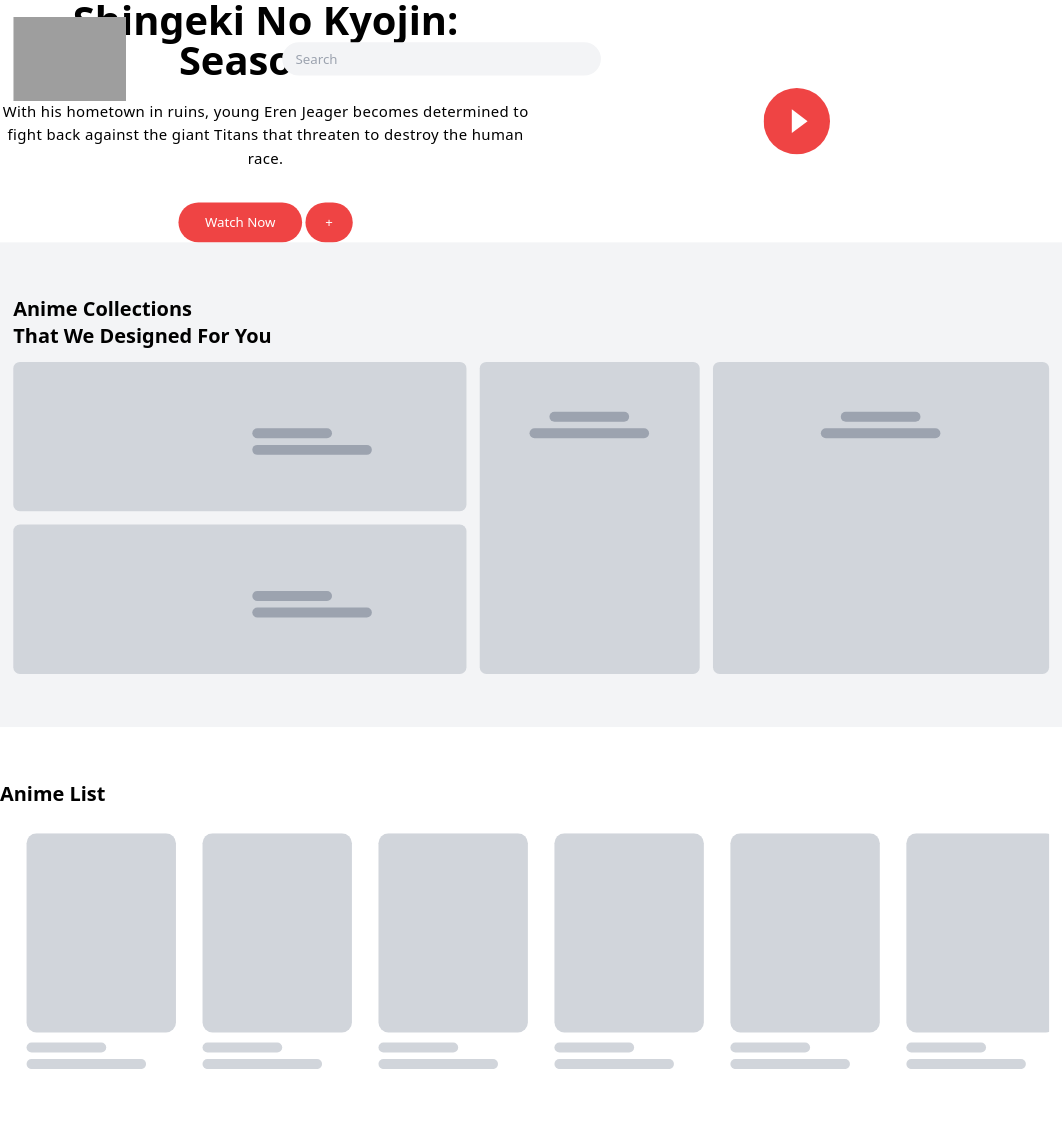
Repository: farrelmuhammad/anime-collections
Page: /
The author's editor kept a copy of each file at every save. The page is drawn from the files as they stood at one save, then again after the next save.
The browser window is 1280 px wide. The pictures show the whole page, at 83% of full size.
Pictures or frames that could not be fetched are drawn as grey boxes. The page's requests for data from a server got no answer. The project was rebuilt for these pictures with package versions that can differ from the ones it lists, and the page was loaded fresh each time. No one was signed in, and anything a server would have sent is missing. Also part of the build but not shown: src/App.css.

Above is the page before, as saved 2023-08-06 01:50:33.

### src/index.tsx
import React from 'react';
import ReactDOM from 'react-dom/client';
import "./assets/css/app.css";
import App from './App';
import reportWebVitals from './reportWebVitals';
import { BrowserRouter } from 'react-router-dom';
import { ApolloProvider } from '@apollo/client';
import client from './services/apollo-client'; // Assuming your apollo-client.ts is in the 'services' folder

const root = ReactDOM.createRoot(
  document.getElementById('root') as HTMLElement
);
root.render(
  <ApolloProvider client={client}>
    <React.StrictMode>
      <BrowserRouter>
        <App />
      </BrowserRouter>
    </React.StrictMode>
  </ApolloProvider>,
);

// If you want to start measuring performance in your app, pass a function
// to log results (for example: reportWebVitals(console.log))
// or send to an analytics endpoint. Learn more: https://bit.ly/CRA-vitals
reportWebVitals();

### src/assets/css/app.css
@import url("https://fonts.googleapis.com/css2?family=Open+Sans:wght@300;400;600&display=swap");
@tailwind base;
@tailwind components;
@tailwind utilities;

/* body {
  background-color: #16181f;
} */

/* utils */

.grid {
  grid-auto-flow: row dense;
  grid-auto-rows: minmax(180px, auto);
}

.stretched-link {
  @apply absolute inset-0 z-10;
}

/* card */

.card .card-shadow {
  @apply transition duration-300 shadow-none h-full;
}

.card:hover .card-shadow {
  @apply shadow-lg;
}

/* overlay */

.overlay {
  @apply absolute;
}

.overlay * {
  @apply transition-all duration-200;
}

.overlay.hoverable > * {
  @apply opacity-0;
}

.overlay.hoverable:hover > * {
  @apply opacity-100;
}

.overlay .video {
  @apply absolute transform bg-red-500 bg-no-repeat bg-center w-20 h-20 rounded-full items-center justify-center flex -translate-x-1/2 -translate-y-1/2;
  content: '';
  top: 50%;
  left: 50%;
  transform: translate(-50%, -50%);
  background-image: url("data:[embedded picture, 193 characters]");
}


@media only screen and (max-width: 768px) {
  .hero .hero-image,
  .hero .hero-caption {
    min-height: 90vh;
  }
  .hero .hero-cta {
    @apply w-12 h-12;
    transform: translateX(-75px) translateY(-50%);
    background-size: 37.5%;
  }
}

/* breadcrumb */

ul.breadcrumb {
  @apply flex flex-row items-center text-lg;
}

ul.breadcrumb li:not(:last-child):after {
  content: "/";
  @apply px-4;
}

ul.breadcrumb li:not(:last-child) a {
  @apply font-light;
}

ul.breadcrumb li:last-child a {
  @apply font-semibold;
}

/* slider */

.slider {
  @apply flex my-4 flex-col;
}

.slider .thumbnail {
  @apply w-screen order-last -mx-2 overflow-auto flex pl-4;
}

.slider .thumbnail .item {
  @apply rounded relative rounded-lg mb-4 cursor-pointer;
  width: 106px;
  height: 106px;
}

.slider .thumbnail .item:after {
  content: "";
  @apply transition duration-200 absolute inset-0 bg-black bg-opacity-0 border-2 border-black border-opacity-0 rounded-lg;
}

.slider .thumbnail .item.selected:after {
  content: "";
  @apply bg-opacity-25 border-opacity-100;
}

.slider .preview {
  @apply mb-4 px-4;
  height: 320px;
}

@media only screen and (min-width: 768px) {
  .slider {
    @apply flex-row;
  }
  .slider .thumbnail {
    @apply w-auto order-first block overflow-visible pl-0;
  }
  .slider .preview {
    height: 600px;
    width: 560px;
  }
}

a.cart svg g circle.dot {
  @apply hidden;
}

a.cart.cart-filled svg g circle.dot {
  @apply block;
}

button[disabled] {
  @apply bg-gray-300 hover:bg-gray-300 text-gray-400 hover:text-gray-400 cursor-not-allowed;
}

section:not(.bg-gray-100) + section.sitemap > div {
  @apply border-t;
}

### src/App.tsx
import React from 'react';
import logo from './logo.svg';
import './App.css';
import { Routes, Route } from 'react-router-dom';
import Home from './pages/Home';

function App() {
  return (
    <>
      <Routes>
        <Route path="/" element={<Home />} />
      </Routes>
    </>
  );
}

export default App;

### src/services/apollo-client.ts
import { ApolloClient, InMemoryCache } from '@apollo/client';

const client = new ApolloClient({
    uri: 'https://graphql.anilist.co', // AniList GraphQL API endpoint
    cache: new InMemoryCache(),
});

export default client;

### src/pages/Home.tsx
import React from 'react'
import Header from '../parts/Header'
import Hero from '../parts/Home/Hero'
import Categories from '../parts/Home/Categories'
import AnimeList from '../parts/Home/AnimeList'

const Home = () => {
    return (
        <>
            <Header theme="white" position="absolute" />
            <Hero />
            <Categories />
            <AnimeList />
        </>
    )
}

export default Home

### src/parts/Header.tsx
import React, { useState } from 'react'
import { Link } from "react-router-dom";

interface HeaderProps {
    theme: string; // Change the type to the appropriate one based on your usage
    position: string; // Change the type to the appropriate one based on your usage
}

const Header: React.FC<HeaderProps> = ({ theme, position }) => {
    const [toggleMainMenu, setToggleMainMenu] = useState<boolean>(false);
    return (
        <>
            <header className={[position, "w-full z-40 px-4"].join(" ")}>
                <div className="container mx-auto py-5">
                    <div className="flex flex-stretch items-center">
                        <div className="w-56 items-center flex">
                            <Link to="/">
                                <img
                                    // src={Logo}
                                    src="https://tv.idlixprime.com/wp-content/uploads/2020/07/logov4.png"
                                    alt="IDLIX"
                                />
                            </Link>
                        </div>
                        <div className="w-full flex items-center justify-center">
                            <input
                                type="text"
                                placeholder="Search"
                                className="w-full md:w-96 py-2 px-4 rounded-full bg-gray-100 focus:outline-none"
                            />
                        </div>
                        <div className="w-auto">
                            <ul
                                className={["fixed bg-white inset-0 flex flex-col items-center justify-center opacity-0 md:visible md:flex-row md:bg-transparent md:relative md:opacity-100 md:flex md:items-center", toggleMainMenu ? "opacity-100 z-30 visible" : "invisible opacity-0"].join(" ")}
                                id="menu"
                            >
                                <li className="mx-3 py-6 md:py-0">
                                    <Link
                                        to="/showcase"
                                        className={[
                                            "hover:underline",
                                            theme === "white"
                                                ? "text-black md:text-white"
                                                : "text-black md:text-black ",
                                        ].join(" ")}
                                    >
                                        Showcase
                                    </Link>
                                </li>
                                <li className="mx-3 py-6 md:py-0">
                                    <Link
                                        to="/catalog"
                                        className={[
                                            "hover:underline",
                                            theme === "white"
                                                ? "text-black md:text-white"
                                                : "text-black md:text-black ",
                                        ].join(" ")}
                                    >
                                        Catalog
                                    </Link>
                                </li>
                                <li className="mx-3 py-6 md:py-0">
                                    <Link
                                        to="/delivery"
                                        className={[
                                            "hover:underline",
                                            theme === "white"
                                                ? "text-black md:text-white"
                                                : "text-black md:text-black ",
                                        ].join(" ")}
                                    >
                                        Delivery
                                    </Link>
                                </li>
                                <li className="mx-3 py-6 md:py-0">
                                    <Link
                                        to="/rewards"
                                        className={[
                                            "hover:underline",
                                            theme === "white"
                                                ? "text-black md:text-white"
                                                : "text-black md:text-black ",
                                        ].join(" ")}
                                    >
                                        Rewards
                                    </Link>
                                </li>
                            </ul>
                        </div>
                        <div className="w-auto">
                            <ul className="items-center flex">
                                <li className="ml-6 block md:hidden">
                                    <button
                                        className={["flex z-50 items-center justify-center w-8 h-8 text-black md:text-white focus:outline-none",
                                            toggleMainMenu ? "fixed top-0 right-0" : "relative",
                                            theme === "white"
                                                ? "text-black md:text-white"
                                                : "text-black md:text-black "].join(" ")}
                                        onClick={() => setToggleMainMenu(prev => !prev)}
                                    >
                                        <svg
                                            className="fill-current"
                                            width="18"
                                            height="17"
                                            viewBox="0 0 18 17"
                                        >
                                            <path d="M15.9773 0.461304H1.04219C0.466585 0.461304 0 0.790267 0 1.19609C0 1.60192 0.466668 1.93088 1.04219 1.93088H15.9773C16.5529 1.93088 17.0195 1.60192 17.0195 1.19609C17.0195 0.790208 16.5529 0.461304 15.9773 0.461304Z" />
                                            <path d="M15.9773 7.68802H1.04219C0.466585 7.68802 0 8.01698 0 8.42281C0 8.82864 0.466668 9.1576 1.04219 9.1576H15.9773C16.5529 9.1576 17.0195 8.82864 17.0195 8.42281C17.0195 8.01692 16.5529 7.68802 15.9773 7.68802Z" />
                                            <path d="M15.9773 14.9147H1.04219C0.466585 14.9147 0 15.2437 0 15.6495C0 16.0553 0.466668 16.3843 1.04219 16.3843H15.9773C16.5529 16.3843 17.0195 16.0553 17.0195 15.6495C17.0195 15.2436 16.5529 14.9147 15.9773 14.9147Z" />
                                        </svg>
                                    </button>
                                </li>
                                {/* <li className="ml-6">
                                    <Link
                                        className={["cart flex items-center justify-center w-8 h-8", theme === "white" ? "text-black md:text-white" : "text-white md:text-black", state.cart && Object.keys(state.cart).length > 0 ? "cart-filled" : "", isCartChanged ? "animate-bounce" : ""
                                        ].join(" ")}
                                        to="/cart"
                                    >
                                        <IconCart />
                                    </Link>
                                </li> */}
                            </ul>
                        </div>
                    </div>
                </div>
            </header>
        </>
    )
}

export default Header

### src/parts/Home/Hero.tsx
import React, { useState, useEffect } from "react";
import axios from "axios";

const Hero: React.FC = () => {
    const [randomImage, setRandomImage] = useState<string | null>(null);

    useEffect(() => {
        fetchRandomAnimeImage();
    }, []);

    const fetchRandomAnimeImage = async () => {
        try {
            const response = await axios.get("https://picsum.photos/800/600");
            console.log(response.request.responseURL);
            setRandomImage(response.request.responseURL);
        } catch (error) {
            console.error("Error fetching random image:", error);
        }
    };

    return (
        <section className="flex items-center hero">
            <div className="w-full absolute z-20 inset-0 md:relative md:w-1/2 text-center flex flex-col justify-center hero-caption">
                <h1 className="text-3xl md:text-5xl leading-tight font-semibold">
                    Shingeki No Kyojin: <br className="" />
                    Season 4
                </h1>
                <h2 className="px-8 text-base md:px-0 md:text-lg my-6 tracking-wide">
                    With his hometown in ruins, young Eren Jeager becomes determined to fight back against the giant Titans that threaten to destroy the human race.
                </h2>

                <div>
                    <a
                        href="#browse-the-room"
                        className="bg-red-500 text-white hover:bg-black hover:text-red-400 rounded-full px-8 py-3 mt-4 mr-1 inline-block flex-none transition duration-200"
                    >
                        Watch Now
                    </a>
                    <a
                        href="#browse-the-room"
                        className="bg-red-500 text-white hover:bg-black hover:text-red-400 rounded-full px-6 py-3 mt-4 inline-block flex-none transition duration-200"
                        title="Watch List"
                    >
                        +
                    </a>

                </div>
            </div>
            <div className="w-full inset-0 md:relative md:w-1/2">
                <div className="relative hero-image">
                    <div className="overlay inset-0 bg-black opacity-35 z-10"></div>
                    <div className="overlay right-0 bottom-0 md:inset-0">
                        <button
                            className="video hero-cta focus:outline-none z-30 modal-trigger"
                            data-content='<div class="w-screen pb-56 md:w-88 md:pb-56 relative z-50">
              <div class="absolute w-full h-full">
                <iframe
                  width="100%"
                  height="100%"
                  src="https://www.youtube.com/embed/3h0_v1cdUIA"
                  frameborder="0"
                  allow="accelerometer; autoplay; clipboard-write; encrypted-media; gyroscope; picture-in-picture"
                  allowfullscreen
                ></iframe>
              </div>
            </div>'
                        ></button>
                    </div>
                    {randomImage && ( // Add this condition to render the image only when randomImage is not null
                        <img
                            src={randomImage}
                            alt="hero 1"
                            className="absolute inset-0 md:relative w-full h-full object-cover object-center"
                        />
                    )}
                </div>
            </div>
        </section>
    );
};

export default Hero;

### src/parts/Home/Categories.tsx
import React, { useEffect } from "react";
// import useAsync from "../../helpers/hooks/useAsync";
import fetch from "../../helpers/fetch";

interface Category {
    id: number;
    title: string;
    imageUrl: string;
    products: number;
    ratio: {
        default: string;
        md: string;
    };
}

interface CategoriesProps { }

function Loading({ ratio }: { ratio: any }) {
    const dummy = [
        {
            id: 1,
            ratio: {
                default: "1/9",
                md: "1/4",
            },
        },
        {
            id: 2,
            ratio: {
                default: "1/9",
                md: "2/2",
            },
        },
        {
            id: 3,
            ratio: {
                default: "1/9",
                md: "2/3",
            },
        },
        {
            id: 4,
            ratio: {
                default: "1/9",
                md: "1/4",
            },
        },
    ];

    return (
        <>
            {dummy.map((item, index) => (
                <div
                    key={item.id}
                    className={`relative card ${ratio?.wrapper.default?.[item.ratio.default]
                        } ${ratio?.wrapper.md?.[item.ratio.md]}`}
                    style={{ height: index === 0 ? 180 : "auto" }}
                >
                    <div className="bg-gray-300 rounded-lg w-full h-full">
                        <div className={`overlay  ${ratio?.meta?.[item.ratio.md]}`}>
                            <div className="w-24 h-3 bg-gray-400 mt-3 rounded-full"></div>
                            <div className="w-36 h-3 bg-gray-400 mt-2 rounded-full"></div>
                        </div>
                    </div>
                </div>
            ))}
        </>
    );
}

const Categories: React.FC<CategoriesProps> = () => {
    // const { data, status, error, run, isLoading } = useAsync<{ data: Category[] }>();

    // useEffect(() => {
    //     run(
    //         fetch({
    //             url: "/api/categories/?page=1&limit=4",
    //         })
    //     );
    // }, [run]);

    const ratioClassNames = {
        wrapper: {
            default: {
                "1/9": "col-span-9 row-span-1",
            },
            md: {
                "1/4": "md:col-span-4 md:row-span-1",
                "2/2": "md:col-span-2 md:row-span-2",
                "2/3": "md:col-span-3 md:row-span-2",
            },
        },
        meta: {
            "1/9":
                "left-0 top-0 bottom-0 flex justify-center flex-col pl-48 md:pl-72",
            "1/4":
                "left-0 top-0 bottom-0 flex justify-center flex-col pl-48 md:pl-72",
            "2/2":
                "inset-0 md:bottom-auto flex justify-center md:items-center flex-col pl-48 md:pl-0 pt-0 md:pt-12",
            "2/3":
                "inset-0 md:bottom-auto flex justify-center md:items-center flex-col pl-48 md:pl-0 pt-0 md:pt-12",
        },
    };

    return (
        <section className="flex bg-gray-100 py-16 px-4" id="browse-the-room">
            <div className="container mx-auto">
                <div className="flex flex-start mb-4">
                    <h3 className="text-2xl capitalize font-semibold">
                        Anime Collections <br className="" />
                        that we designed for you
                    </h3>
                </div>
                <div className="grid grid-rows-2 grid-cols-9 gap-4">
                    {/* {isLoading ? (
                    <Loading ratio={ratioClassNames} />
                ) : (
                    data?.data.map((item, index) => {
                        return (
                            <div
                                key={item.id}
                                className={`relative card ${ratioClassNames?.wrapper.default?.[item.ratio.default]
                                    } ${ratioClassNames?.wrapper.md?.[item.ratio.md]}`}
                                style={{ height: index === 0 ? 180 : "auto" }}
                            >
                                <div className="card-shadow rounded-xl">
                                    <img
                                        src={`../../assets/images/content/${item.imageUrl}`}
                                        alt={item.title}
                                        className="w-full h-full object-cover object-center overlay overflow-hidden rounded-xl"
                                    />
                                </div>
                                <div
                                    className={`overlay  ${ratioClassNames?.meta?.[item.ratio.md]
                                        }`}
                                >
                                    <h5 className="text-lg font-semibold">{item.title}</h5>
                                    <span className="">
                                        {item.products} item{item.products > 1 ? "s" : ""}
                                    </span>
                                </div>
                            </div>
                        );
                    })
                )} */}
                    <Loading ratio={ratioClassNames} />
                </div>
            </div>
        </section>
    );
};

export default Categories;

### src/graphql/queries.ts
import { gql } from '@apollo/client';

export const GET_ANIME_LIST = gql`
query ($id: Int, $page: Int, $perPage: Int, $search: String) {
    Page (page: $page, perPage: $perPage) {
      pageInfo {
        total
        currentPage
        lastPage
        hasNextPage
        perPage
      }
      media (id: $id, search: $search) {
        id
        title {
          romaji
        }
      }
    }
  }
`;

export const GET_ANIME_DETAIL = gql`
  query GetAnimeDetail($animeId: Int!) {
    Media(id: $animeId) {
      id
      title {
        romaji
      }
      coverImage {
        large
      }
      description
    }
  }
`;

Loaded but not shown: public/index.html (common file); src/reportWebVitals.ts (common file); tailwind.config.js (common file); src/parts/Home/AnimeList.tsx (156 lines, source omitted)

After the next save:
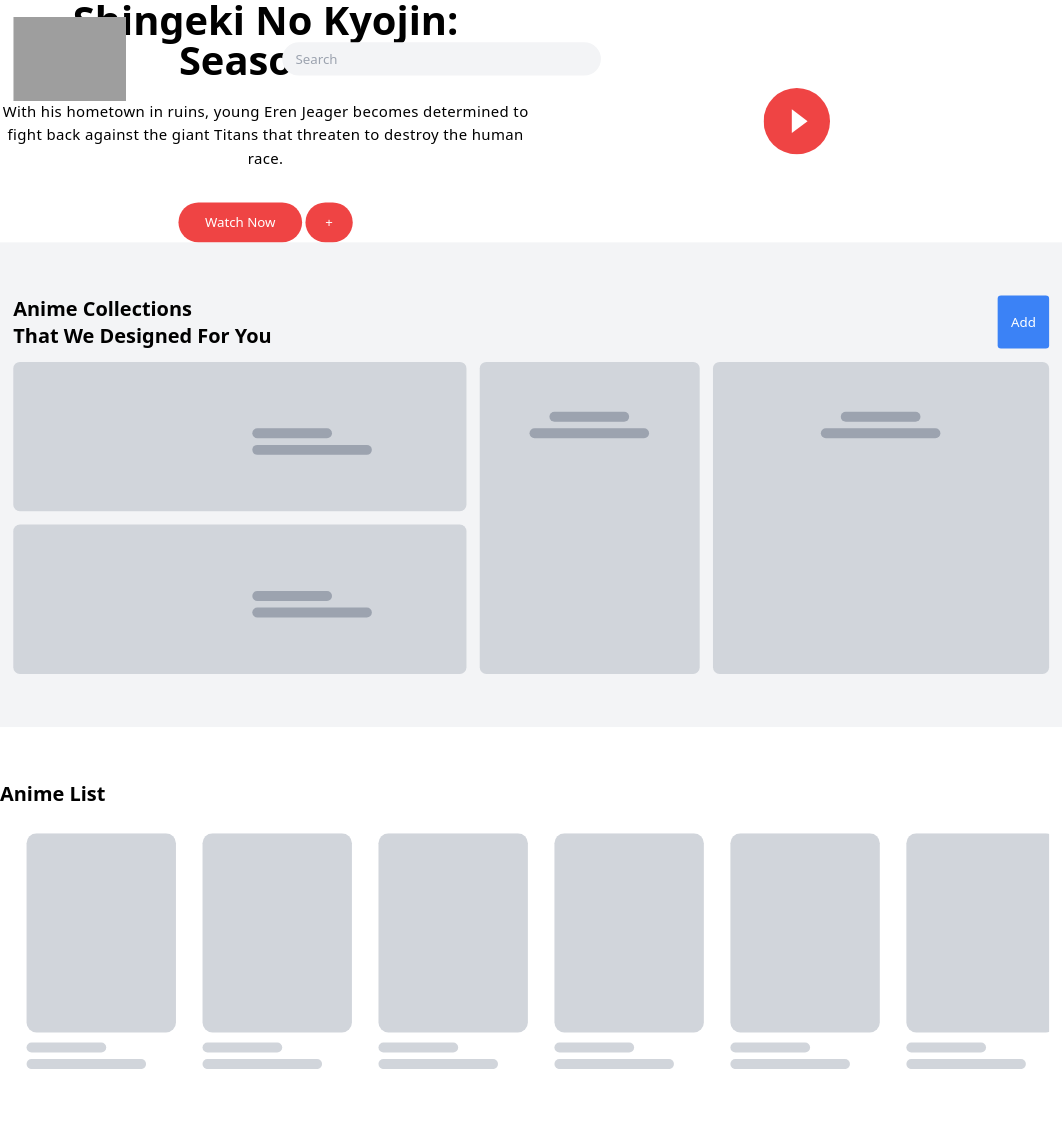
Saved 2 min 27 s later.
--- a/src/parts/Home/Categories.tsx
+++ b/src/parts/Home/Categories.tsx
@@ -107,10 +107,14 @@
             <div className="container mx-auto">
                 <div className="flex flex-start mb-4">
                     <h3 className="text-2xl capitalize font-semibold">
-                        Anime Collections <br className="" />
+                        Anime Collections <br />
                         that we designed for you
                     </h3>
+                    <button className="ml-auto bg-blue-500 text-white px-4 py-2 rounded">
+                        Add
+                    </button>
                 </div>
+
                 <div className="grid grid-rows-2 grid-cols-9 gap-4">
                     {/* {isLoading ? (
                     <Loading ratio={ratioClassNames} />
